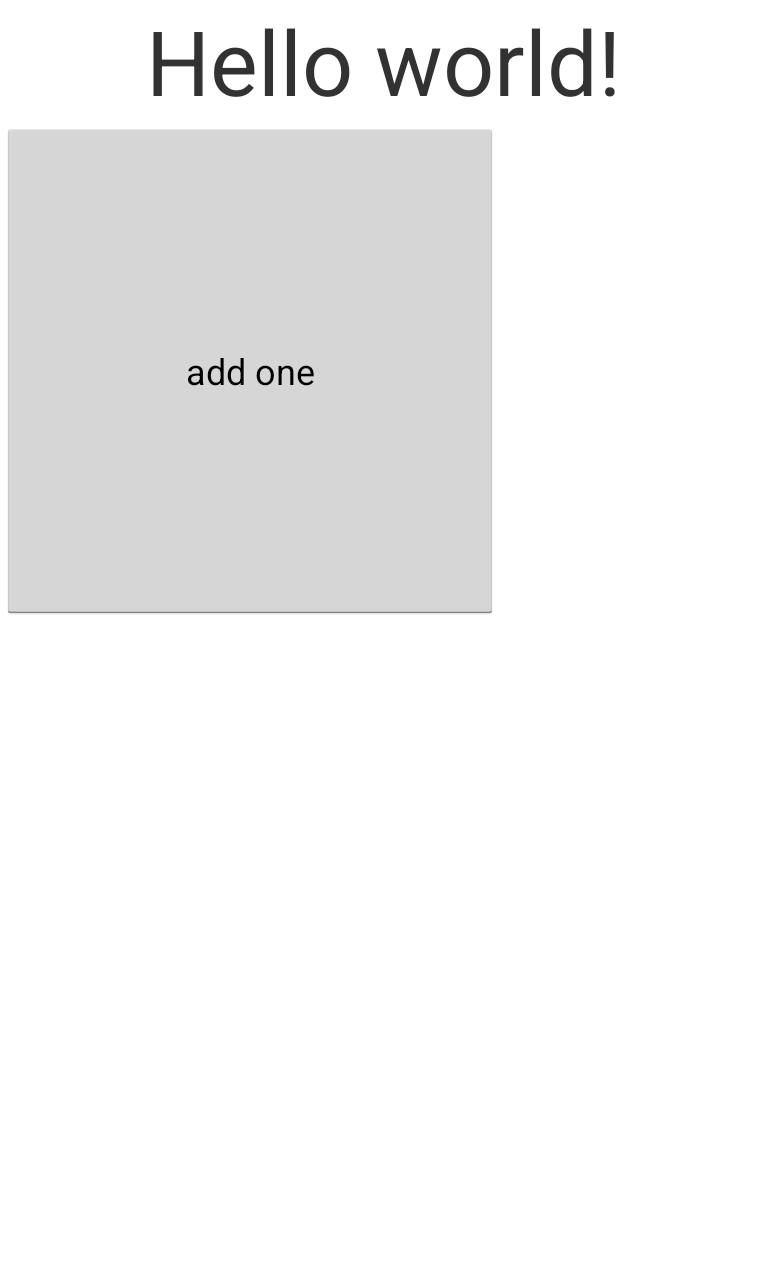
Repository: Maxxxushi/YoutubeTutorial
Layout: YoutubeTutorial/res/layout/activity_starting_point.xml
The author's editor kept a copy of each file at every save. The layout is drawn from the files as they stood at one save, then again after the next save.
It is drawn on a 768 x 1280 px phone screen (xhdpi) without system bars, with theme AppTheme; the app's code is not run.

Above is the layout before, as saved 2013-01-15 18:04:55.

### YoutubeTutorial/res/layout/activity_starting_point.xml
<LinearLayout xmlns:android="http://schemas.android.com/apk/res/android"
    xmlns:tools="http://schemas.android.com/tools"
    android:orientation="vertical"
    android:layout_width="match_parent"
    android:layout_height="match_parent"
    tools:context=".StartingPoint" >

    <TextView
        android:layout_width="wrap_content"
        android:layout_height="wrap_content"
        android:layout_gravity="center"
        android:gravity="center"
        android:text="@string/hello_world"
        android:textSize="45sp" />

    <Button
        android:layout_width="250dp"
        android:layout_height="250dp"
        android:text="add one"

        />




</LinearLayout>

### YoutubeTutorial/res/values/strings.xml
<?xml version="1.0" encoding="utf-8"?>
<resources>

    <string name="app_name">YoutubeTutorial</string>
    <string name="hello_world">Hello world!</string>
    <string name="menu_settings">Settings</string>

</resources>

Loaded but not shown: YoutubeTutorial/res/values/styles.xml (common file); YoutubeTutorial/res/values-v11/styles.xml (common file); YoutubeTutorial/res/values-v14/styles.xml (common file)

After the next save:
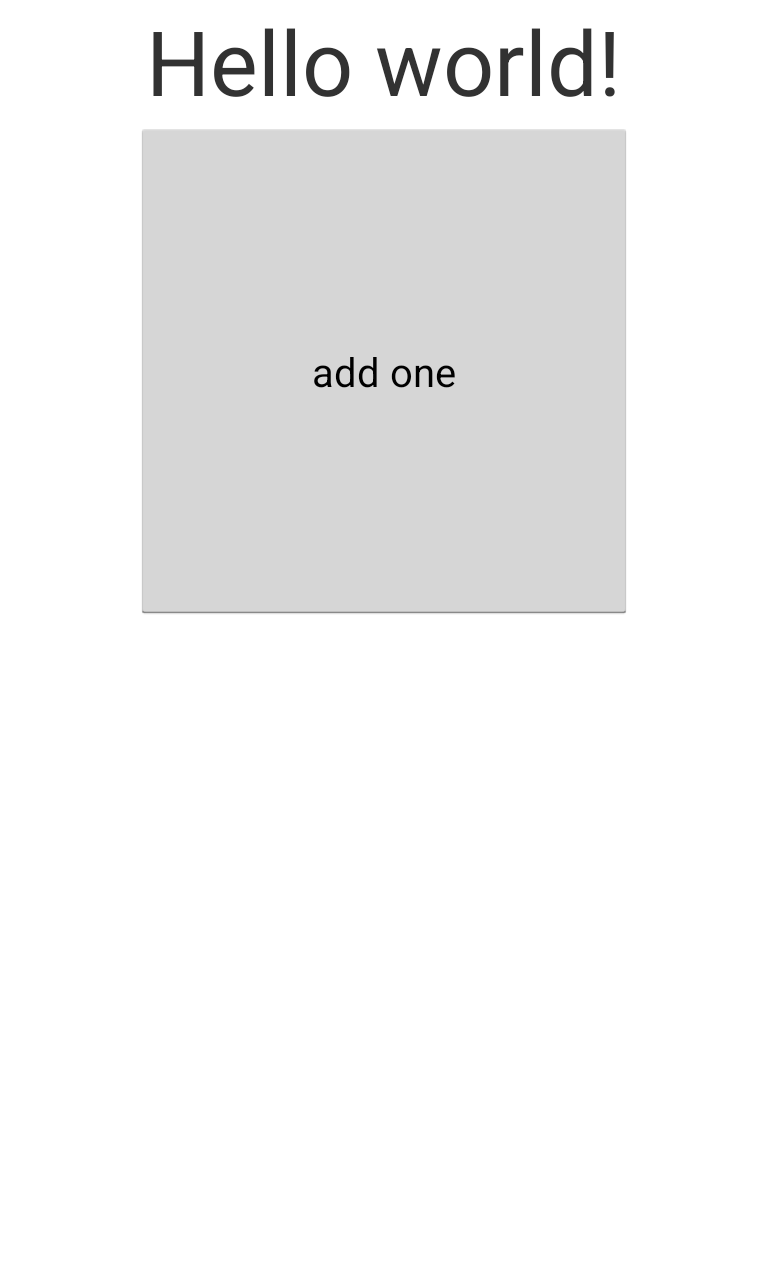
Saved 49 s later.
--- a/YoutubeTutorial/res/layout/activity_starting_point.xml
+++ b/YoutubeTutorial/res/layout/activity_starting_point.xml
@@ -17,6 +17,8 @@
         android:layout_width="250dp"
         android:layout_height="250dp"
         android:text="add one"
+        android:layout_gravity="center"
+        android:textSize="20dp"
 
         />
 
